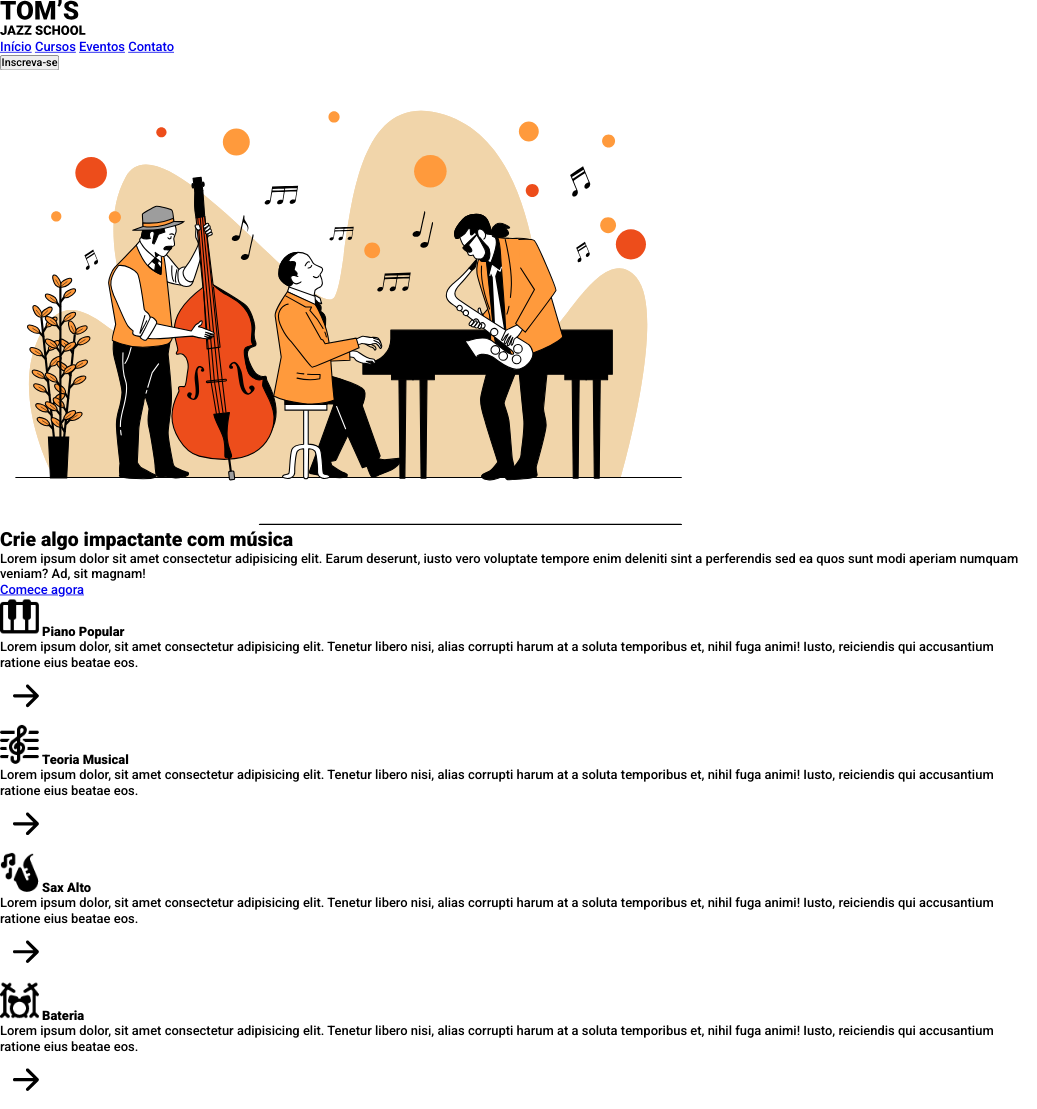
Repository: tenoriodasilva31/OBC-Music-School
Page: index.html
An editor plug-in stored every save of this project. The page is shown before and after the next save, followed by the edit.
The browser window is 1280 px wide. The pictures show the whole page, at 81% of full size.

Above is the page before, as saved 2023-07-05 16:49:36.

After the next save:
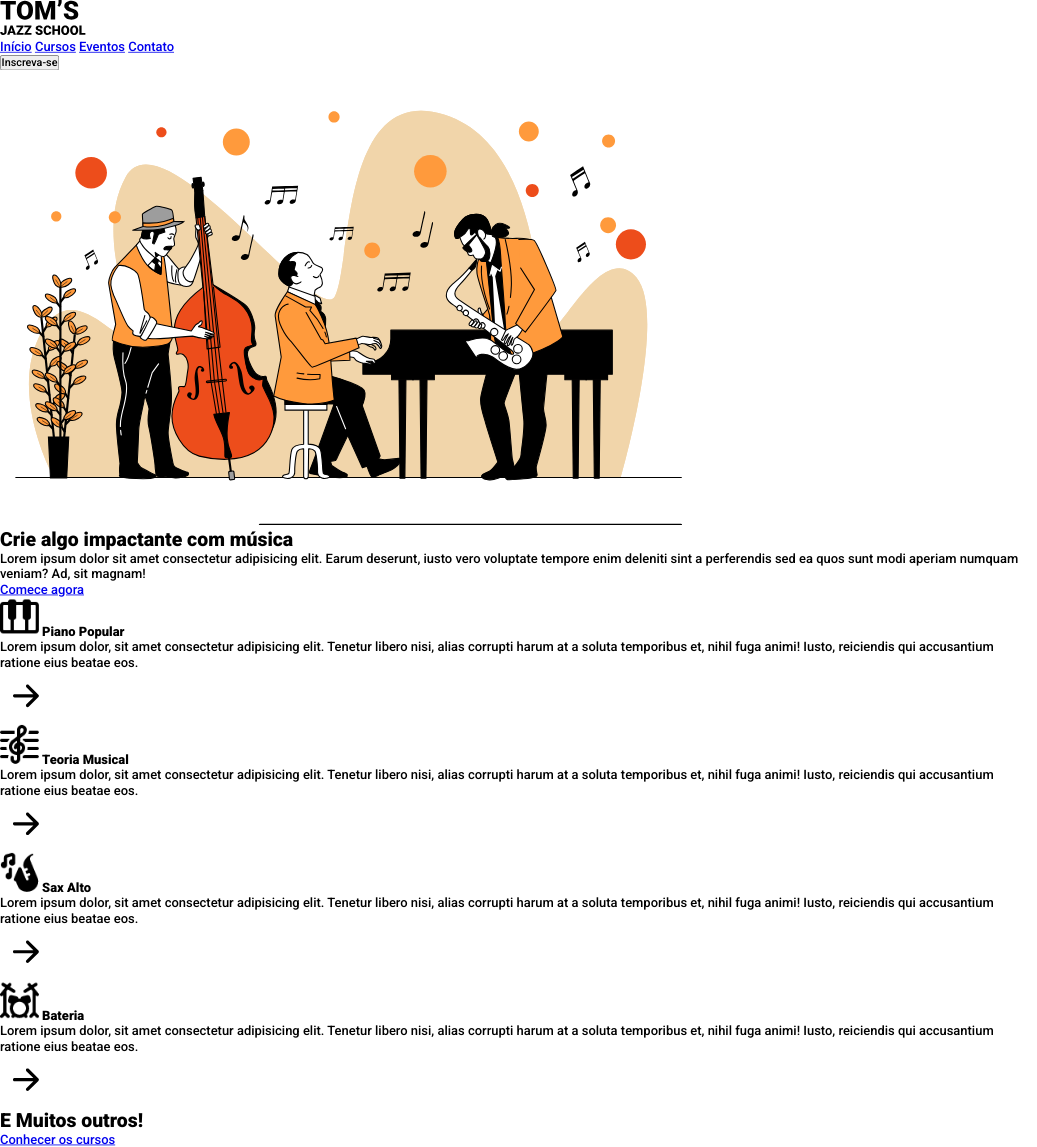
Saved 98 s later.
--- a/index.html
+++ b/index.html
@@ -65,6 +65,8 @@
                     <img src="/img/arrow-right.svg" alt="Ir para página do curso">
                 </a>
             </article>
+            <h2>E <span>Muitos</span> outros!</h2>
+            <a href="#" class="button">Conhecer os cursos</a>
         </section>
     </main>
 </body>
